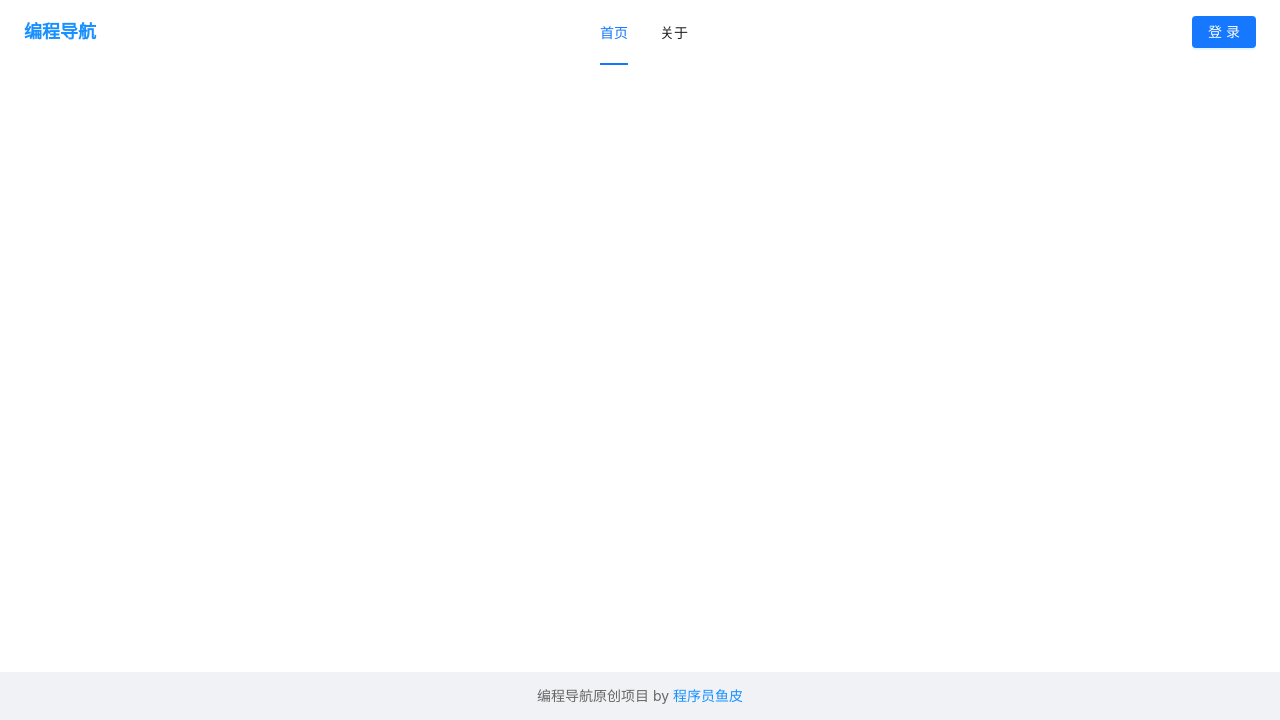
Repository: wyh1225/AIZero
Page: / (app in ai-zero-frontend/)
An editor plug-in stored every save of this project. The page is shown before and after the next save, followed by the edit.
The browser window is 1280 px wide. The pictures show the whole page.
The project was rebuilt for these pictures with package versions that can differ from the ones it lists, and the page was loaded fresh each time. Also part of the build but not shown: ai-zero-frontend/vite.config.ts.

Above is the page before, as saved 2025-12-30 13:36:19.
Not found: assets/logo.svg

After the next save:
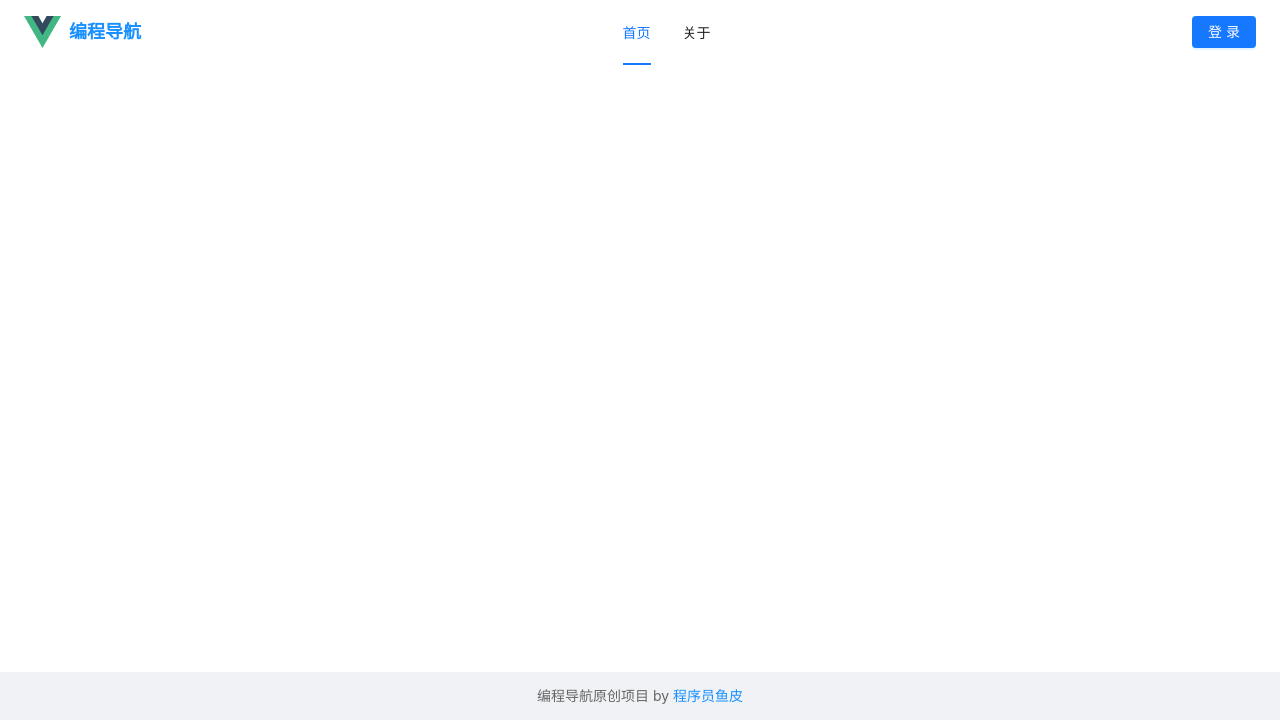
Saved 9 s later.
--- a/ai-zero-frontend/src/components/GlobalHeader.vue
+++ b/ai-zero-frontend/src/components/GlobalHeader.vue
@@ -4,7 +4,7 @@
       <!-- Logo 和标题 -->
       <div class="logo-section">
         <img
-          src="/assets/logo.svg"
+          src="./assets/logo.svg"
           alt="Logo"
           class="logo"
           @error="handleLogoError"
